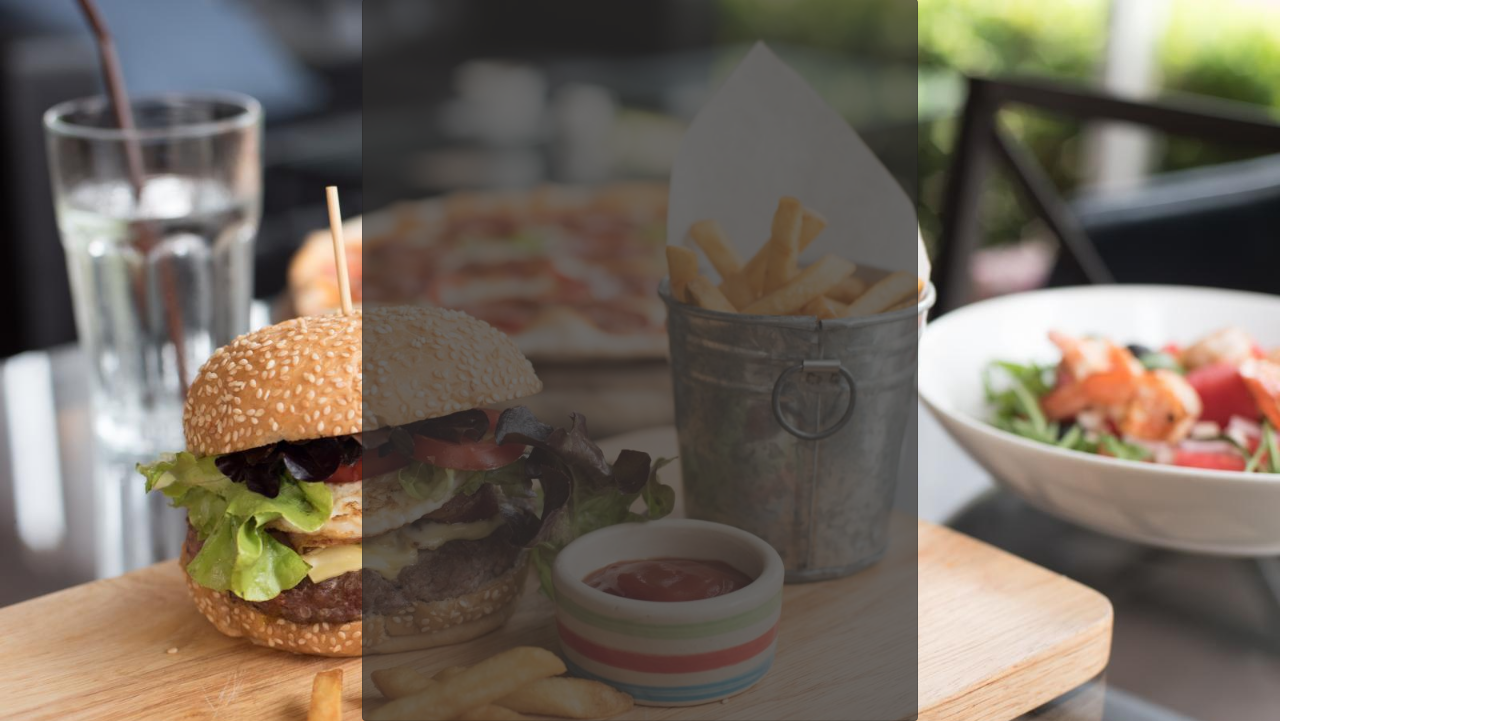
Repository: AnaMassaro/projetoRestaurante
Page: http://localhost/WEBRes/controleProduto.jsp
The author's editor kept a copy of each file at every save. The page is drawn from the files as they stood at one save, then again after the next save.
The browser window is 1280 px wide. The page is 1503 px wide, then 1505 px, so the pictures cover 1505 px, including what lies to the right of the window. The pictures show the whole page.
The page is served by Tomcat 9.

Above is the page before, as saved 2019-12-11 11:02:46.
Console error: TypeError: Cannot read properties of undefined (reading 'fn')
Not found: WEBRes/WEBRes/style.css

After the next save:
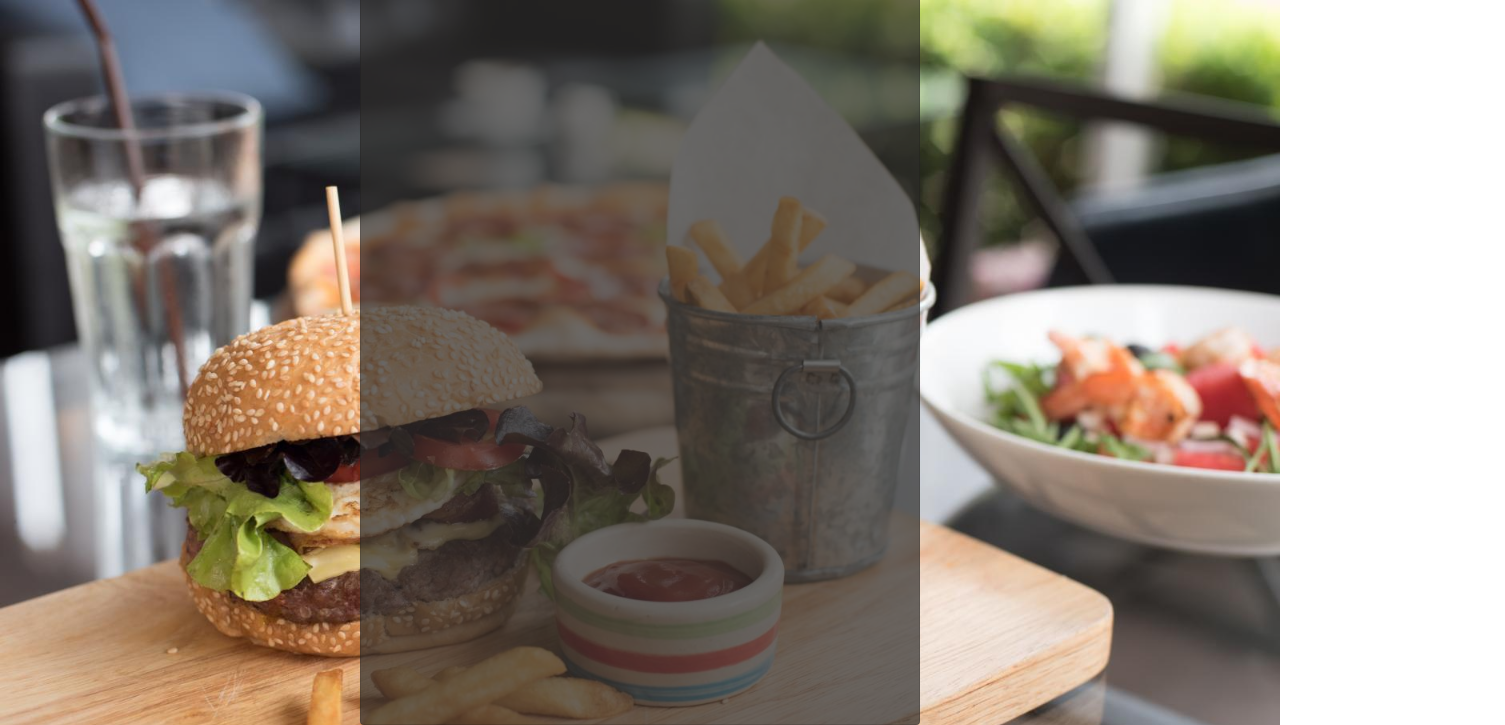
Saved 5 s later.
--- a/WEBRes/WebContent/controleProduto.jsp
+++ b/WEBRes/WebContent/controleProduto.jsp
@@ -51,7 +51,7 @@
 		<div class="container c">
 			<div class="row justify-content-center">
 				<div class="col-12 col-lg-6">
-					<div class="card p-6" style="background-color:rgba(46, 45, 44,0.7)">
+					<div class="card p-1" style="background-color:rgba(46, 45, 44,0.7)">
 						<div class="container">
 							<div class="row justify-content-center">
 								<div class="col-12">
